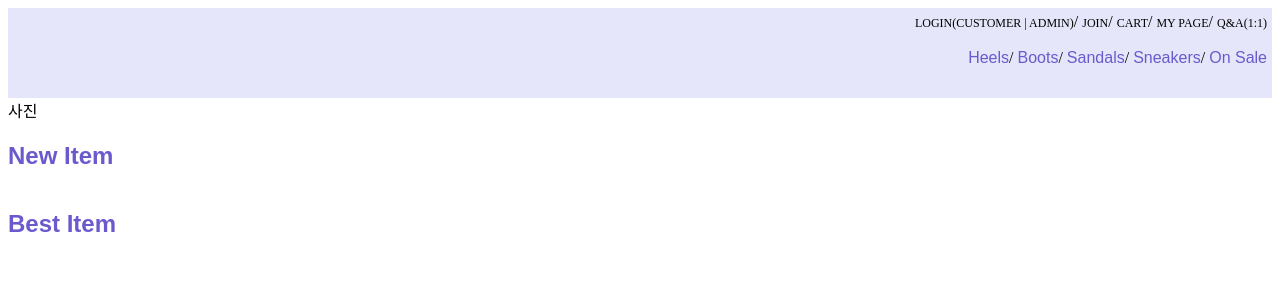
Repository: taeeun2/java_web
Page: http://localhost/webapp/Shopingmall/member/index.jsp
An editor plug-in stored every save of this project. The page is shown before and after the next save, followed by the edit.
The browser window is 1280 px wide. The pictures show the whole page.
Some web fonts or font styles are not loaded; a fallback is used. The page is served by Tomcat 9.

Above is the page before, as saved 2021-09-30 08:32:48.

After the next save:
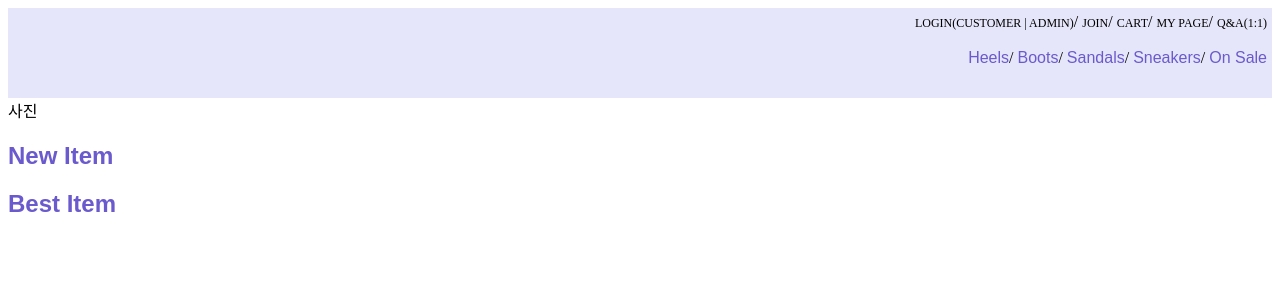
Saved 4 min 7 s later.
--- a/webapp/WebContent/Shopingmall/member/index.jsp
+++ b/webapp/WebContent/Shopingmall/member/index.jsp
@@ -22,14 +22,15 @@
 <h2>New Item</h2>
 <!-- <form id = "join" action = "NonageServlet?command=join" method="post"name="formm"> -->
 	<c:set var = "newProductList" value = "${requestScope.newProductList}"></c:set>
+
+			<c:forEach var = "newProduct"  items =  "${newProductList}">
 			<table>
-			<c:forEach var = "newProduct"  items =  "${newProductList}">
-				<tr>
-				<td>${newProduct.name}</td>
-				<td>${newProduct.price2}</td>
-				<td><img src = "http://localhost:8080/webapp/Shopingmall/product_images/${newProduct.image}" width = 200 height = 200></td>
+				<tr><td><img src = "http://localhost:8080/webapp/Shopingmall/product_images/${newProduct.image}" width = 200 height = 200></tr>
+				<tr><td>${newProduct.name}</td>
+				<tr><td>${newProduct.price2}</td>
+			</table>
 			</c:forEach>
-			</table>
+
 
 </div>
 
